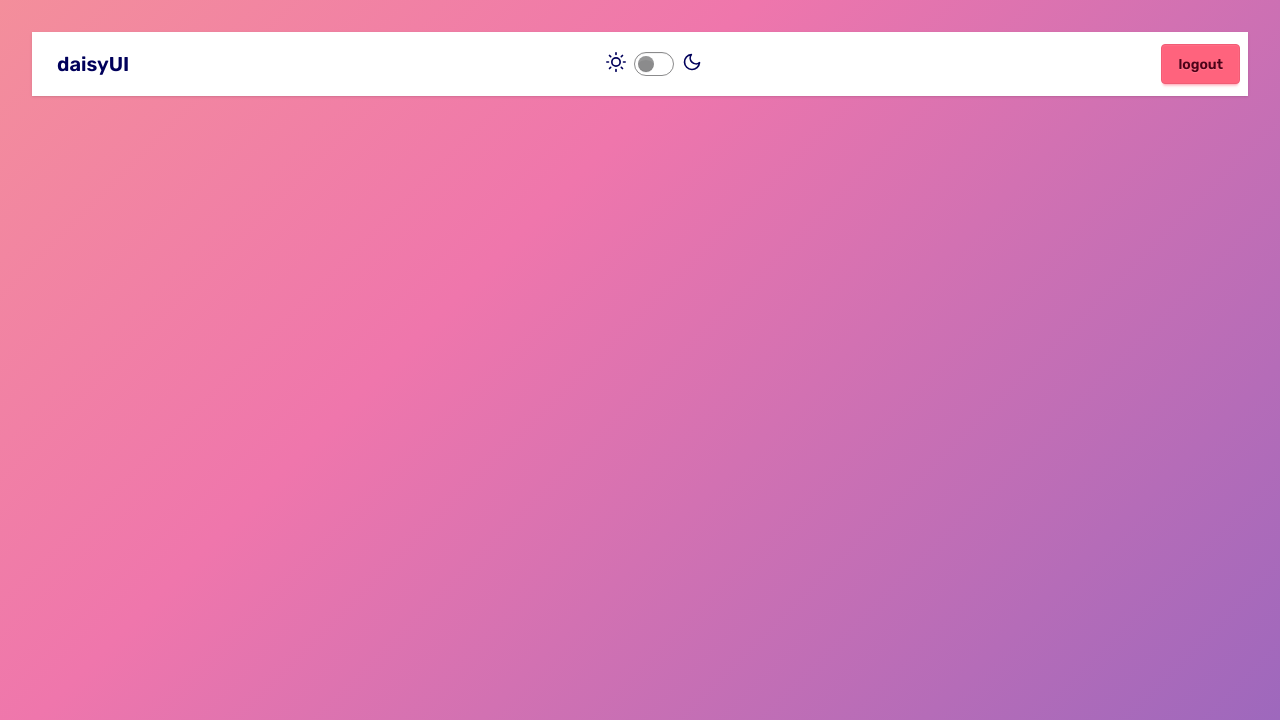
Repository: mariamnabil23/ToDo_App
Page: /
An editor plug-in stored every save of this project. The page is shown before and after a run of saves, followed by the edit.
The browser window is 1280 px wide. The pictures show the whole page.
Some web fonts or font styles are not loaded; a fallback is used. The project was rebuilt for these pictures with package versions that can differ from the ones it lists, and the page was loaded fresh each time. Requests to the local data server were answered from the project's data file. Also part of the build but not shown: vite.config.js.

Above is the page before, as saved 2025-05-01 21:14:36.

After the next 3 saves:
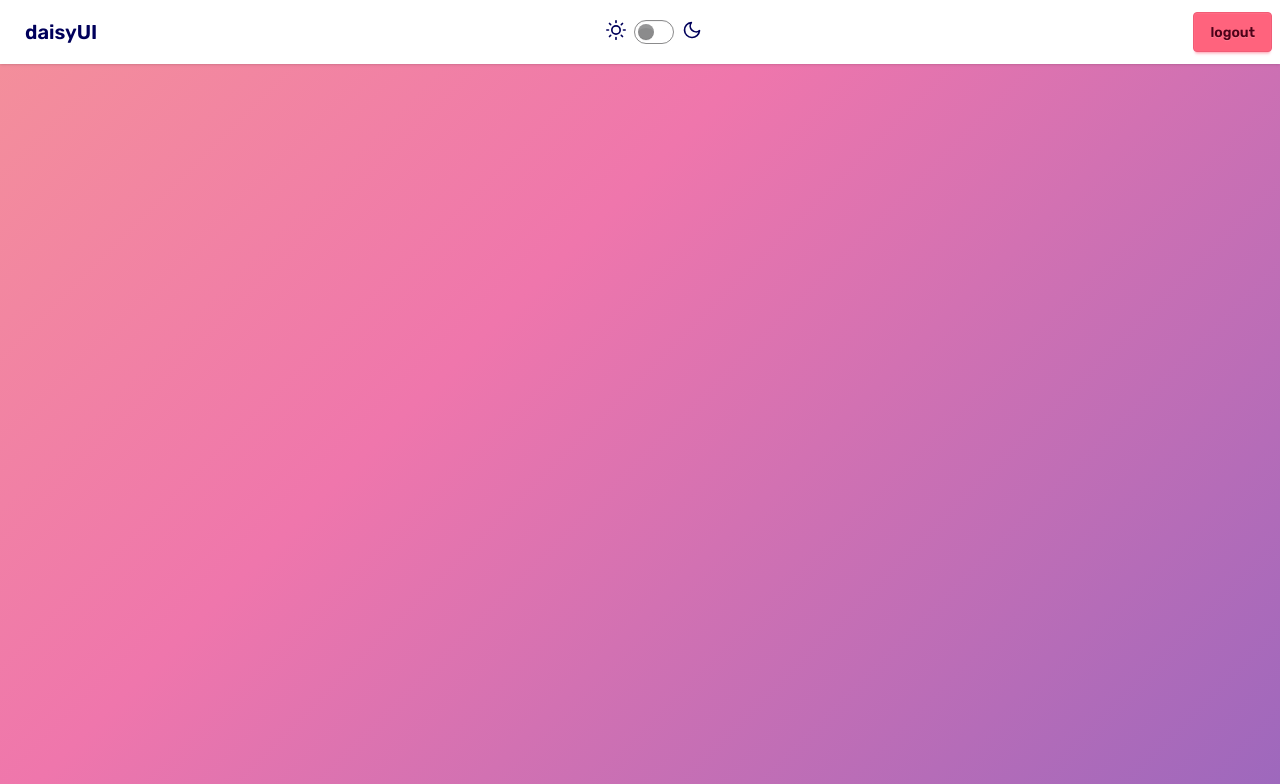
The 3 saves are shown as one change because they came seconds apart.
The last was saved 14 s later.
--- a/src/App.jsx
+++ b/src/App.jsx
@@ -9,8 +9,8 @@ function App() {
 
   return (
     <>
-      <div className={dark ? "app  darkMood" : "app  lightMood"} style={{height: "100vh"}}  >
-        <Navbar/>
+      <Navbar/>
+      <div className={dark ? "app  darkMood" : "app  lightMood"}  >
       </div>
     </>
   )
